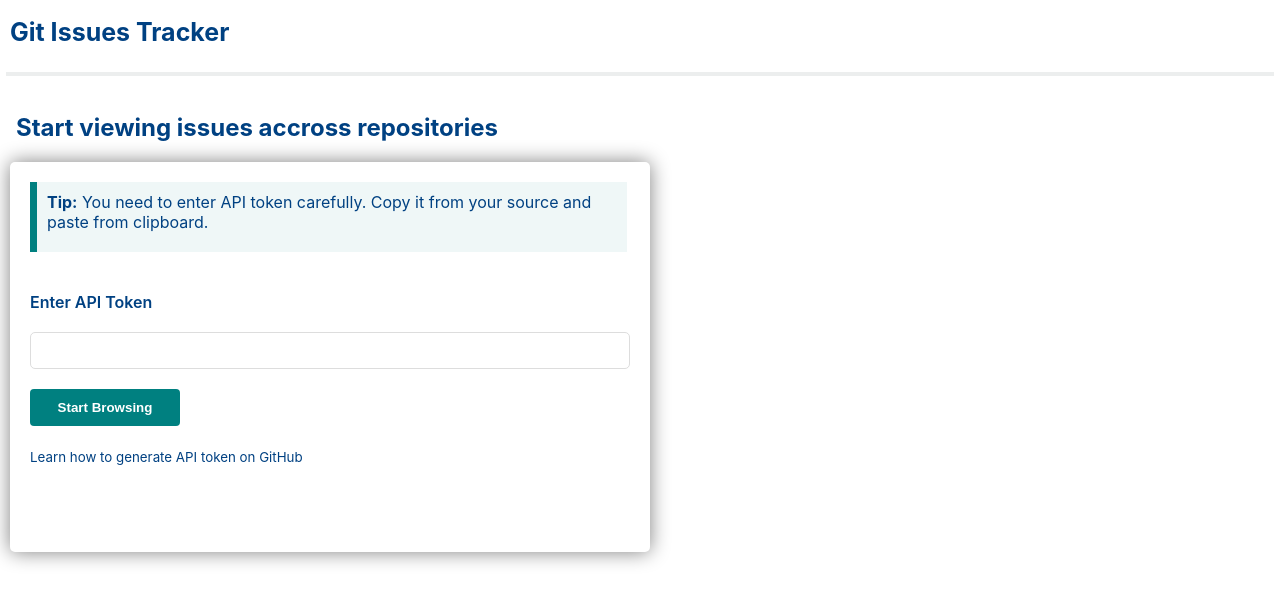
Repository: duzzisantos/github-repos-react-graphql
Page: /
The author's editor kept a copy of each file at every save. The page is drawn from the files as they stood at one save, then again after the next save.
The browser window is 1280 px wide. The page is 1285 px wide, so the pictures cover 1285 px, including what lies to the right of the window. The pictures show the whole page.
The project was rebuilt for these pictures with package versions that can differ from the ones it lists, and the page was loaded fresh each time. Also part of the build but not shown: src/App.css, src/components/table/Filters.tsx, src/components/table/Pagination.tsx, src/components/table/TableComponent.tsx, src/components/table/columnHelpers.ts, src/utilities/funtions.ts, src/pages/Repositories.tsx, src/components/cards/Cards.tsx and 1 more.

Above is the page before, as saved 2024-06-17 18:22:24.

After the next save:
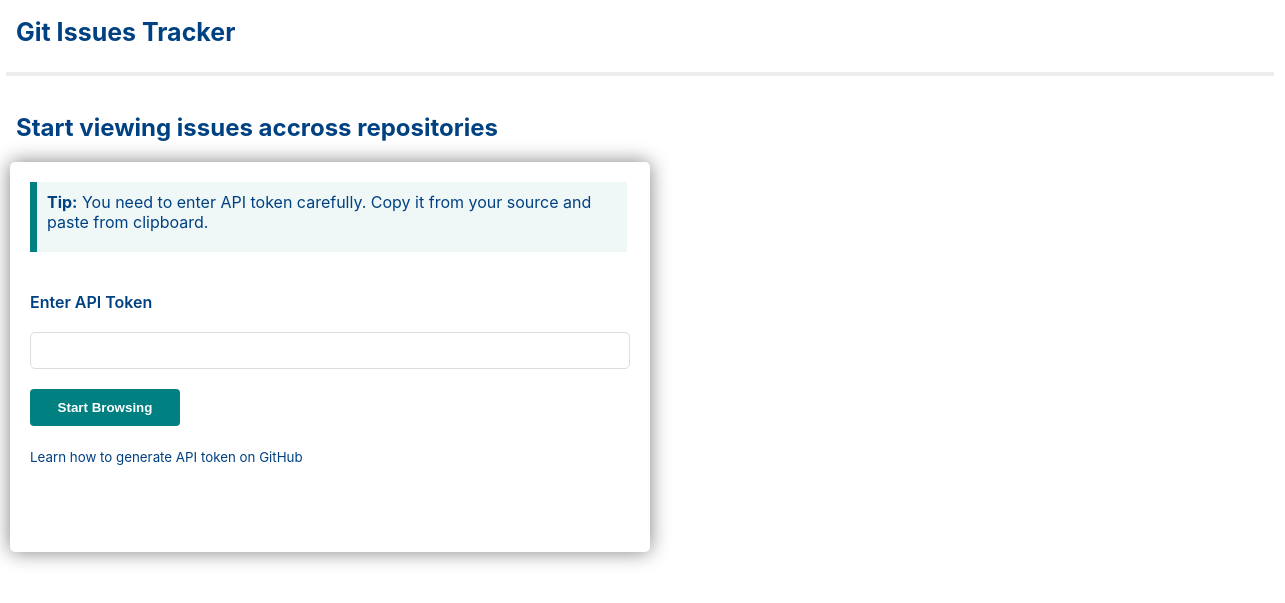
Saved 12 s later.
--- a/src/App.scss
+++ b/src/App.scss
@@ -34,6 +34,7 @@ h1 {
   font-size: 25px;
   padding: 0 $padding-10;
   color: $text-blue;
+  margin-left: 6px;
 }
 
 h2 {
